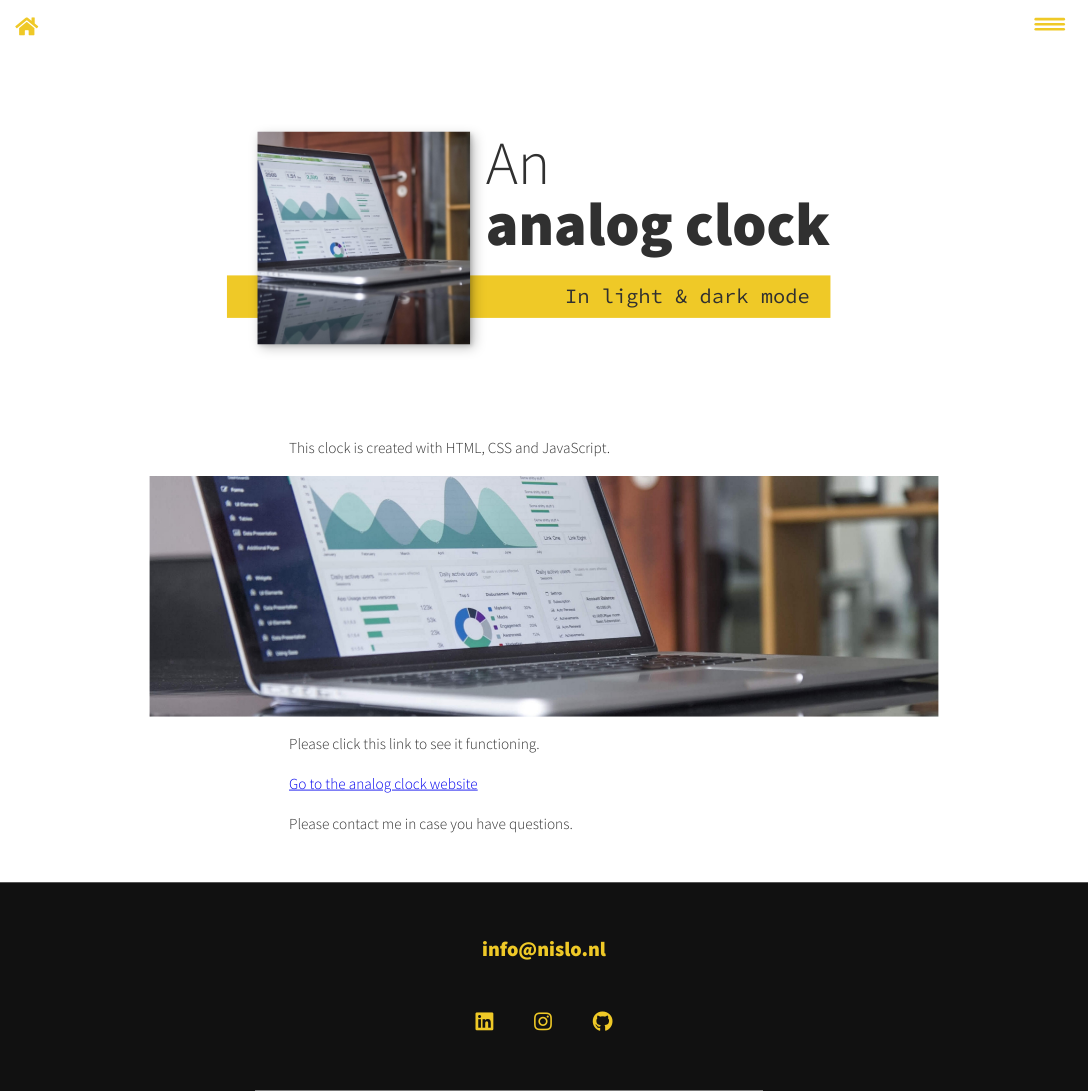
Repository: DaNiels89/portfolio
Page: portfolio-item-01.html
These files come from the project's save history. The page is drawn as it stood at one moment and after the next save; the edit follows.
The browser window is 1280 px wide. The pictures show the whole page, at 85% of full size.
Some web libraries are served in a nearby version.

Above is the page before, as saved 2020-06-20 13:56:42.

### portfolio-item-01.html
<!DOCTYPE html>
<html lang="en">

<head>
	<link rel="stylesheet" href="normalize.css" />
	<meta charset="UTF-8" />
	<meta name="viewport" content="width=device-width, initial-scale=1.0" />
	<title>Nislo Portfolio Website</title>
	<link rel="stylesheet" href="https://cdnjs.cloudflare.com/ajax/libs/normalize/7.0.0/normalize.min.css" />
	<link rel="stylesheet" href="https://cdnjs.cloudflare.com/ajax/libs/font-awesome/5.11.2/css/all.css"
		integrity="sha256-46qynGAkLSFpVbEBog43gvNhfrOj+BmwXdxFgVK/Kvc=" crossorigin="anonymous" />

	<link href="https://fonts.googleapis.com/css?family=Source+Code+Pro:400,900|Source+Sans+Pro:300,900&display=swap"
		rel="stylesheet" />

	<link rel="stylesheet" href="css/style.css" />

	<link rel="apple-touch-icon" sizes="57x57" href="img/favicon/apple-icon-57x57.png" />
	<link rel="apple-touch-icon" sizes="60x60" href="img/favicon/apple-icon-60x60.png" />
	<link rel="apple-touch-icon" sizes="72x72" href="img/favicon/apple-icon-72x72.png" />
	<link rel="apple-touch-icon" sizes="76x76" href="img/favicon/apple-icon-76x76.png" />
	<link rel="apple-touch-icon" sizes="114x114" href="img/favicon/apple-icon-114x114.png" />
	<link rel="apple-touch-icon" sizes="120x120" href="img/favicon/apple-icon-120x120.png" />
	<link rel="apple-touch-icon" sizes="144x144" href="img/favicon/apple-icon-144x144.png" />
	<link rel="apple-touch-icon" sizes="152x152" href="img/favicon/apple-icon-152x152.png" />
	<link rel="apple-touch-icon" sizes="180x180" href="img/favicon/apple-icon-180x180.png" />
	<link rel="icon" type="image/png" sizes="192x192" href="img/favicon/android-icon-192x192.png" />
	<link rel="icon" type="image/png" sizes="32x32" href="img/favicon/favicon-32x32.png" />
	<link rel="icon" type="image/png" sizes="96x96" href="img/favicon/favicon-96x96.png" />
	<link rel="icon" type="image/png" sizes="16x16" href="img/favicon/favicon-16x16.png" />
	<link rel="manifest" href="/img/favicon/manifest.json" />
	<link rel="icon" href="favicon.ico" type="image/x-icon" />
	<link rel="shortcut icon" href="favicon.ico" type="image/x-icon" />
	<meta name="msapplication-TileColor" content="#ffffff" />
	<meta name="msapplication-TileImage" content="/ms-icon-144x144.png" />
	<meta name="theme-color" content="#ffffff" />

	<script src="js/index.js" defer></script>
</head>

<body>
	<header>
		<div class="logo">
			<!-- TODO: Update logo -->
			<!-- <img src="img/nislo.png" alt="" /> -->
			<a href="index.html" class="home__link">
				<i class="fas fa-home fa-lg"></i>
			</a>
		</div>
		<button class="nav-toggle" aria-label="toggle navigation">
			<span class="hamburger"></span>
		</button>
		<nav class="nav">
			<ul class="nav__list">
				<li class="nav__item">
					<a href="index.html" class="nav__link">Home</a>
				</li>
				<li class="nav__item">
					<a href="index.html#services" class="nav__link">My Services</a>
				</li>
				<li class="nav__item">
					<a href="index.html#about" class="nav__link">About me</a>
				</li>
				<li class="nav__item">
					<a href="index.html#work" class="nav__link">My Work</a>
				</li>
			</ul>
		</nav>
	</header>

	<section class="intro">
		<h1 class="section__title section__title--intro">
			An <strong>analog clock</strong>
		</h1>
		<p class="section__subtitle section__subtitle--intro">In light & dark mode</p>
		<img src="img/portfolio-01.jpg" alt="" class="intro__img" />
	</section>

	<div class="portfolio-item-individual">
		<p>
			This clock is created with HTML, CSS and JavaScript.
		</p>
		<img src="img/portfolio-details.jpg" alt="" />
		<p>
			Please click this link to see it functioning.
		<p><a href="#">Go to the analog clock website</a></p>
		</p>
		<p>
			Please contact me in case you have questions.
		</p>
	</div>

	<!-- Footer -->
	<footer class="footer">
		<!-- replace with your own email address -->
		<a href="mailto:info@nislo.nl" class="footer__link">info@nislo.nl</a>
		<ul class="social-list">
			<li class="social-list__item">
				<a class="social-list__link" href="https://www.linkedin.com/in/nielssloesen/" target="”_blank”">
					<i class="fab fa-linkedin"></i>
				</a>
			</li>
			<li class="social-list__item">
				<a class="social-list__link" href="https://instagram.com/nielsslo" target="”_blank”">
					<i class="fab fa-instagram"></i>
				</a>
			</li>
			<li class="social-list__item">
				<a class="social-list__link" href="https://github.com/DaNiels89" target="”_blank”">
					<i class="fab fa-github"></i>
				</a>
			</li>
		</ul>
	</footer>
</body>

</html>

### css/style.css
*,
*::before,
*::after {
  box-sizing: border-box;
}

/* Custom Properties, update these for your own design */

:root {
  --ff-primary: 'Source Sans Pro', sans-serif;
  --ff-secondary: 'Source Code Pro', monospace;

  --fw-reg: 300;
  --fw-bold: 900;

  --clr-light: #fff;
  --clr-dark: #303030;
  --clr-accent: #efc927;

  --fs-h1: 3rem;
  --fs-h2: 2.25rem;
  --fs-h3: 1.25rem;
  --fs-body: 1rem;

  --bs: 0.25em 0.25em 0.75em rgba(0, 0, 0, 0.25),
    0.125em 0.125em 0.25em rgba(0, 0, 0, 0.15);
}

@media (min-width: 800px) {
  :root {
    --fs-h1: 4.5rem;
    --fs-h2: 3.75rem;
    --fs-h3: 1.5rem;
    --fs-body: 1.125rem;
  }
}

/* General styles */

html {
  scroll-behavior: smooth;
}

body {
  background: var(--clr-light);
  color: var(--clr-dark);
  margin: 0;
  font-family: var(--ff-primary);
  font-size: var(--fs-body);
  line-height: 1.6;
}

section {
  padding: 5em 2em;
}

img {
  display: block;
  max-width: 100%;
}

strong {
  font-weight: var(--fw-bold);
}

:focus {
  outline: 3px solid var(--clr-accent);
  outline-offset: 3px;
}

/* Buttons */

.btn {
  display: inline-block;
  padding: 0.5em 2.5em;
  background: var(--clr-accent);
  color: var(--clr-dark);
  text-decoration: none;
  cursor: pointer;
  font-size: 0.8rem;
  text-transform: uppercase;
  letter-spacing: 2px;
  font-weight: var(--fw-bold);
  transition: transform 200ms ease-in-out;
}

.btn:hover {
  transform: scale(1.1);
}

/* Typography */

h1,
h2,
h3 {
  line-height: 1;
  margin: 0;
}

h1 {
  font-size: var(--fs-h1);
}
h2 {
  font-size: var(--fs-h2);
}
h3 {
  font-size: var(--fs-h3);
}

.section__title {
  margin-bottom: 0.25em;
}

.section__title--intro {
  font-weight: var(--fw-reg);
}

.section__title--intro strong {
  display: block;
}

.section__subtitle {
  margin: 0;
  font-size: var(--fs-h3);
}

.section__subtitle--intro,
.section__subtitle--about {
  background: var(--clr-accent);
  padding: 0.25em 1em;
  font-family: var(--ff-secondary);
  margin-bottom: 1em;
}

.section__subtitle--work {
  color: var(--clr-accent);
  font-weight: var(--fw-bold);
  margin-bottom: 2em;
}

/* header */

header {
  display: flex;
  justify-content: space-between;
  padding: 1em;
}

.logo {
  max-width: 100px;
}

.home__link {
  color: var(--clr-accent);
  font-weight: var(--fw-bold);
  text-decoration: none;
  transition: all 0.2s ease-in-out;
}

.home__link:hover,
.home__link:focus {
  color: var(--clr-dark);
  font-weight: var(--fw-bold);
}

.nav {
  position: fixed;
  background: var(--clr-dark);
  color: var(--clr-light);
  top: 0;
  bottom: 0;
  left: 0;
  right: 0;
  z-index: 100;

  transform: translateX(100%);
  transition: transform 250ms cubic-bezier(0.5, 0, 0.5, 1);
}

.nav__list {
  list-style: none;
  display: flex;
  height: 100%;
  flex-direction: column;
  justify-content: space-evenly;
  align-items: center;
  margin: 0;
  padding: 0;
}

.nav__link {
  color: inherit;
  font-weight: var(--fw-bold);
  font-size: var(--fs-h2);
  text-decoration: none;
}

.nav__link:hover {
  color: var(--clr-accent);
}

.nav-toggle {
  padding: 0.5em;
  background: transparent;
  border: 0;
  cursor: pointer;
  position: absolute;
  right: 1em;
  top: 1em;
  z-index: 1000;
}

.nav-open .nav {
  transform: translateX(0);
}

.nav-open .nav-toggle {
  position: fixed;
}

.nav-open .hamburger {
  transform: rotate(0.625turn);
}

.nav-open .hamburger::before {
  transform: rotate(90deg) translateX(-6px);
}

.nav-open .hamburger::after {
  opacity: 0;
}

.hamburger {
  display: block;
  position: relative;
}

.hamburger,
.hamburger::before,
.hamburger::after {
  background: var(--clr-accent);
  width: 2em;
  height: 3px;
  border-radius: 1em;
  transition: transform 250ms ease-in-out;
}

.hamburger::before,
.hamburger::after {
  content: '';
  position: absolute;
  left: 0;
  right: 0;
}

.hamburger::before {
  top: 6px;
}
.hamburger::after {
  bottom: 6px;
}

/*  Intro section  */

.intro {
  position: relative;
}

.intro__img {
  box-shadow: var(--bs);
}

.section__subtitle--intro {
  display: inline-block;
}

@media (min-width: 600px) {
  .intro {
    display: grid;
    width: min-content;
    margin: 0 auto;
    grid-column-gap: 1em;
    grid-template-areas:
      'img title'
      'img subtitle';
    grid-template-columns: min-content max-content;
  }

  .intro__img {
    grid-area: img;
    min-width: 250px;
    position: relative;
    z-index: 2;
  }

  .section__subtitle--intro {
    align-self: start;
    grid-column: -1 / 1;
    grid-row: 2;
    text-align: right;
    position: relative;
    left: -1.5em;
    width: calc(100% + 1.5em);
  }
}

/*  My services section  */

.my-services {
  background-color: var(--clr-dark);
  background-image: url(../img/services-bg.jpg);
  background-size: cover;
  /* background-blend-mode: multiply; */
  color: var(--clr-light);
  text-align: center;
}

.section__title--services {
  color: var(--clr-accent);
  position: relative;
}

.section__title--services::after {
  content: '';
  display: block;
  width: 2em;
  height: 1px;
  margin: 0.5em auto 1em;
  background: var(--clr-light);
  opacity: 0.25;
}

.services {
  margin-bottom: 4em;
}

.service {
  max-width: 500px;
  margin: 0 auto;
}

@media (min-width: 800px) {
  .services {
    display: flex;
    max-width: 1000px;
    margin-left: auto;
    margin-right: auto;
  }

  .service + .service {
    margin-left: 2em;
  }
}

.about-me {
  max-width: 1000px;
  margin: 0 auto;
}

.about-me__img {
  box-shadow: var(--bs);
}

@media (min-width: 600px) {
  .about-me {
    display: grid;
    grid-template-columns: 1fr 200px;
    grid-template-areas:
      'title img'
      'subtitle img'
      'text img';
    grid-column-gap: 2em;
  }

  .section__title--about {
    grid-area: title;
  }

  .section__subtitle--about {
    grid-column: 1 / -1;
    grid-row: 2;
    position: relative;
    left: -1em;
    width: calc(100% + 2em);
    padding-left: 1em;
    padding-right: calc(200px + 4em);
  }

  .about-me__img {
    grid-area: img;
    position: relative;
    z-index: 2;
  }
}

/* My Work */

.my-work {
  background-color: var(--clr-dark);
  color: var(--clr-light);
  text-align: center;
}

.portfolio {
  display: grid;
  grid-template-columns: repeat(auto-fit, minmax(300px, 1fr));
}

.portfolio__item {
  background: var(--clr-accent);
  overflow: hidden;
}

.portfolio__img {
  transition: transform 750ms cubic-bezier(0.5, 0, 0.5, 1), opacity 250ms linear;
}

.portfolio__item:focus {
  position: relative;
  z-index: 2;
}

.portfolio__img:hover,
.portfolio__item:focus .portfolio__img {
  transform: scale(1.2);
  opacity: 0.5;
}

/* footer */

.footer {
  background: #111;
  color: var(--clr-accent);
  text-align: center;
  padding: 2.5em 0;
  font-size: var(--fs-h3);
}

.footer a {
  color: inherit;
  text-decoration: none;
}

.footer__link {
  font-weight: var(--fw-bold);
}

.footer__link:hover,
.social-list__link:hover {
  opacity: 0.7;
}

.footer__link:hover {
  text-decoration: underline;
}

.social-list {
  list-style: none;
  display: flex;
  justify-content: center;
  margin: 2em 0 0;
  padding: 0;
}

.social-list__item {
  margin: 0 0.5em;
}

.social-list__link {
  padding: 0.5em;
}

/* Individual portfolio item styles */

.portfolio-item-individual {
  padding: 0 2em 2em;
  max-width: 1000px;
  margin: 0 auto;
}

.portfolio-item-individual p {
  max-width: 600px;
  margin-left: auto;
  margin-right: auto;
}

### js/index.js
const navToggle = document.querySelector('.nav-toggle');
const navLinks = document.querySelectorAll('.nav__link');

navToggle.addEventListener('click', () => {
  document.body.classList.toggle('nav-open');
});

navLinks.forEach(link => {
  link.addEventListener('click', () => {
    document.body.classList.remove('nav-open');
  });
});

Loaded but not shown: normalize.css (library)

After the next save:
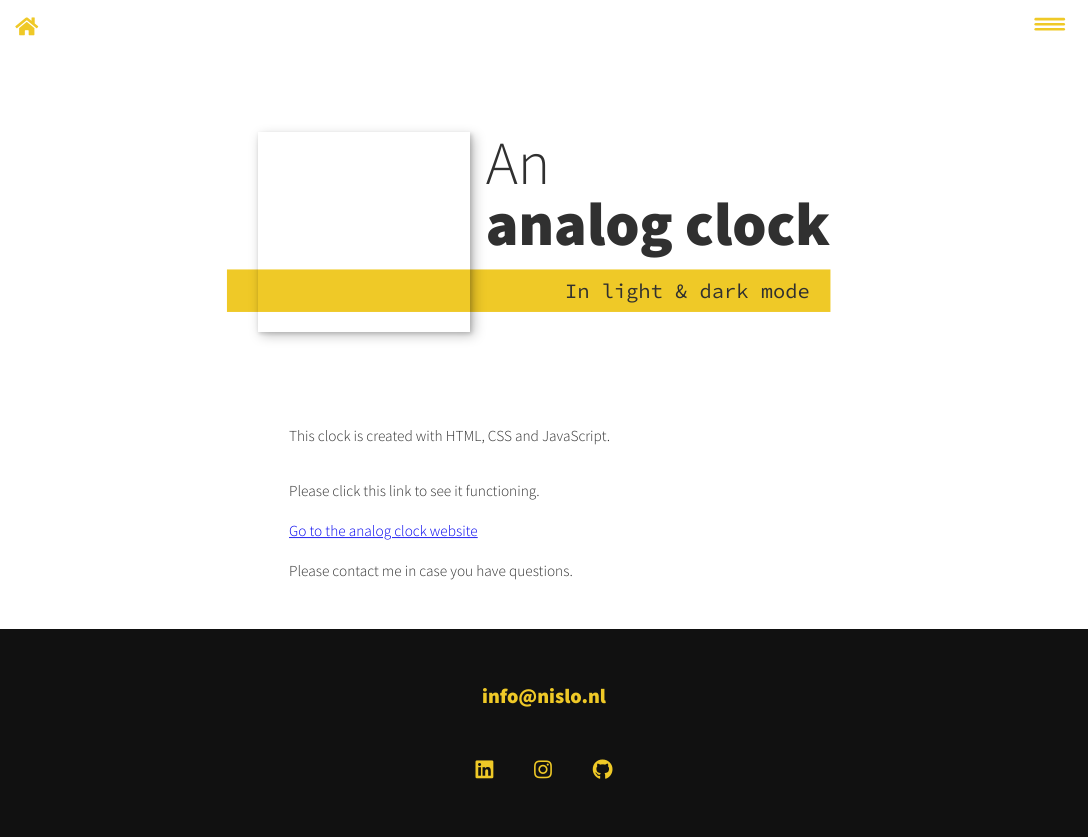
Not found: analog_clock/img/portfolio-01.xcf
Not found: analog_clock/img/portfolio-details.xcf
Saved 27 min 13 s later.
--- a/portfolio-item-01.html
+++ b/portfolio-item-01.html
@@ -73,14 +73,14 @@
 			An <strong>analog clock</strong>
 		</h1>
 		<p class="section__subtitle section__subtitle--intro">In light & dark mode</p>
-		<img src="img/portfolio-01.jpg" alt="" class="intro__img" />
+		<img src="analog_clock/img/portfolio-01.xcf" alt="" class="intro__img" />
 	</section>
 
 	<div class="portfolio-item-individual">
 		<p>
 			This clock is created with HTML, CSS and JavaScript.
 		</p>
-		<img src="img/portfolio-details.jpg" alt="" />
+		<img src="analog_clock/img/portfolio-details.xcf" alt="" />
 		<p>
 			Please click this link to see it functioning.
 		<p><a href="#">Go to the analog clock website</a></p>

After the save that followed:
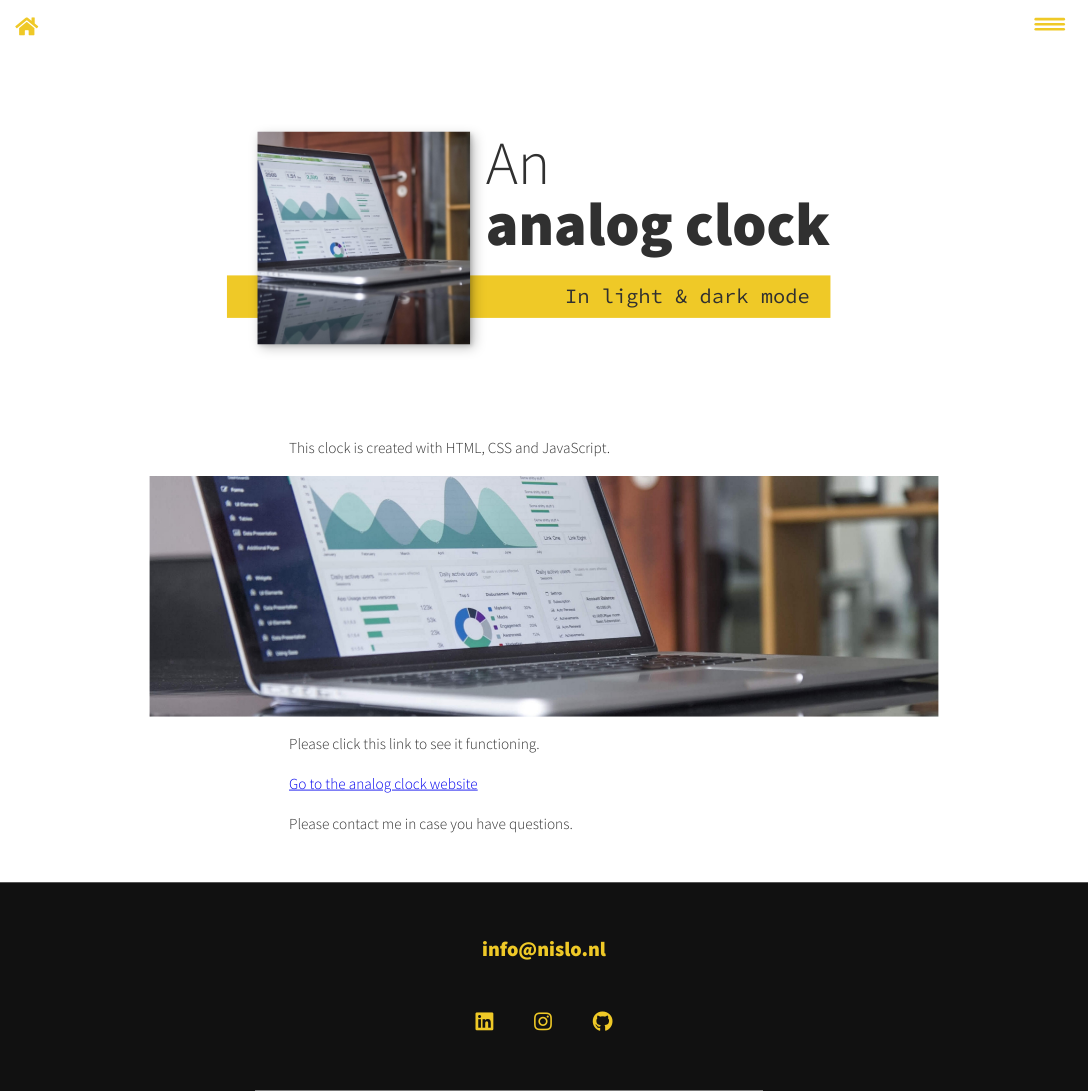
Saved 2 min 14 s later.
--- a/portfolio-item-01.html
+++ b/portfolio-item-01.html
@@ -73,14 +73,14 @@
 			An <strong>analog clock</strong>
 		</h1>
 		<p class="section__subtitle section__subtitle--intro">In light & dark mode</p>
-		<img src="analog_clock/img/portfolio-01.xcf" alt="" class="intro__img" />
+		<img src="analog_clock/img/portfolio-01.jpg" alt="" class="intro__img" />
 	</section>
 
 	<div class="portfolio-item-individual">
 		<p>
 			This clock is created with HTML, CSS and JavaScript.
 		</p>
-		<img src="analog_clock/img/portfolio-details.xcf" alt="" />
+		<img src="analog_clock/img/portfolio-details.jpg" alt="" />
 		<p>
 			Please click this link to see it functioning.
 		<p><a href="#">Go to the analog clock website</a></p>
